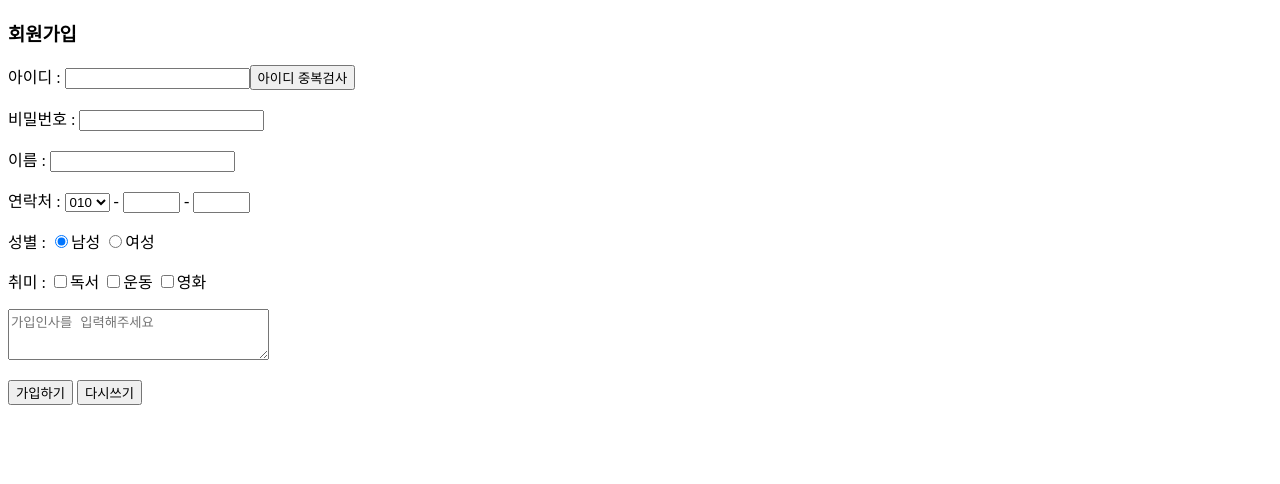
Repository: zhyuk/FullStackStudy
Page: http://localhost/jspfirst/08_05_02_form04.jsp
An editor plug-in stored every save of this project. The page is shown before and after the next save, followed by the edit.
The browser window is 1280 px wide. The pictures show the whole page.
The page is served by Tomcat 9.

Above is the page before, as saved 2024-08-27 07:37:56.

After the next save:
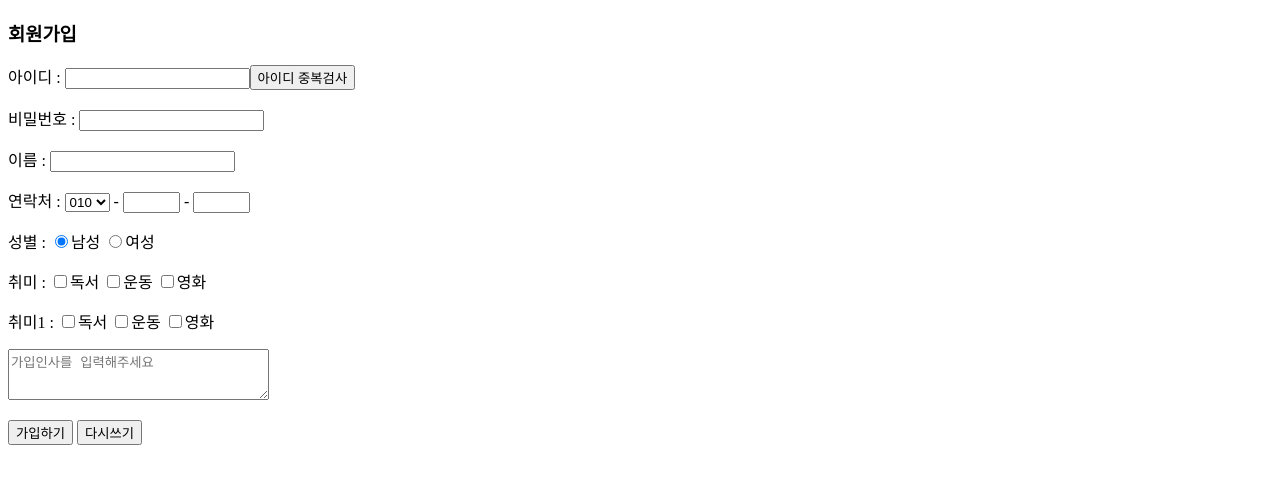
Saved 56 s later.
--- a/jsp/jspwork/jspfirst/src/main/webapp/08_05_02_form04.jsp
+++ b/jsp/jspwork/jspfirst/src/main/webapp/08_05_02_form04.jsp
@@ -38,6 +38,11 @@
 	            <input type="checkbox" name="hobby" value="운동">운동</input>
 	            <input type="checkbox" name="hobby" value="영화">영화</input>
 	        </p>
+	        	        <p>취미1 :
+	            <input type="checkbox" name="hobby1" value="독서">독서</input>
+	            <input type="checkbox" name="hobby2" value="운동">운동</input>
+	            <input type="checkbox" name="hobby3" value="영화">영화</input>
+	        </p>
 	        <p>
 	            <textarea name="comment" cols="30" rows="3" placeholder="가입인사를 입력해주세요"></textarea>
 	        </p>
